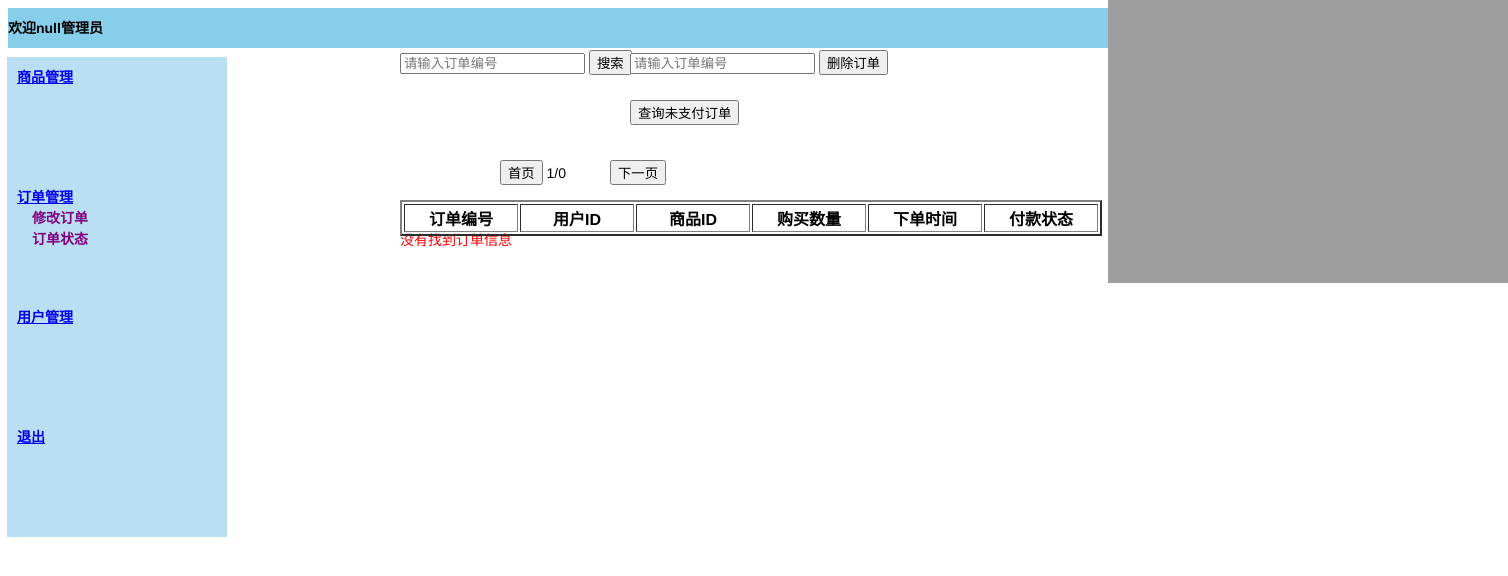
Repository: Gale-student/Gale-student.github.io
Page: http://localhost/weshop/OrdersPagingQueryServlet?url=WEB-INF/jsp/OrdersQuery.jsp
These files come from the project's save history. The page is drawn as it stood at one moment and after the next save; the edit follows.
The browser window is 1280 px wide. The page is 1508 px wide, so the pictures cover 1508 px, including what lies to the right of the window. The pictures show the whole page.
The page is served by Tomcat 9. Other server files are loaded and not shown. Queries for data that is not in the repository find no rows.

Above is the page before, as saved 2022-10-06 16:00:03.

### WeShop/weshop/WebRoot/WEB-INF/jsp/OrdersQuery.jsp
<%@ page language="java" import="java.util.*,com.company.entity.*" pageEncoding="utf-8"%>
<%
String path = request.getContextPath();
String basePath = request.getScheme()+"://"+request.getServerName()+":"+request.getServerPort()+path+"/";
%>

<!DOCTYPE HTML PUBLIC "-//W3C//DTD HTML 4.01 Transitional//EN">
<html>
  <head>
    <base href="<%=basePath%>">

    <title>My JSP 'OrdersQuery.jsp' starting page</title>

	<meta http-equiv="pragma" content="no-cache">
	<meta http-equiv="cache-control" content="no-cache">
	<meta http-equiv="expires" content="0">
	<meta http-equiv="keywords" content="keyword1,keyword2,keyword3">
	<meta http-equiv="description" content="This is my page">
	<!--
	<link rel="stylesheet" type="text/css" href="styles.css">
	-->
		<link rel="stylesheet" type="text/css" href="CSS/ManagerHomePage.css">
  <%
     String mname = (String)session.getAttribute("mname");
     String ordersDelRes = (String)request.getAttribute("ordersDelRes");
     if(ordersDelRes == null){
        ordersDelRes = "";
     }
     List<Orders> ordersList = (List<Orders>)request.getAttribute("ordersList");
     String msg = "";
     if(ordersList.size() == 0){
         msg = "没有找到订单信息";
         request.setAttribute("msg", msg);
     }
     String unpaidOrders = (String) request.getAttribute("unpaidOrders");
     if(unpaidOrders == null){
        unpaidOrders = "";
     }
     int ordersCurrentPage = (Integer) session.getAttribute("ordersCurrentPage");
      String up = "上一页";
      if(ordersCurrentPage == 1){
         up = "首页";
      }
      request.setAttribute("up", up);
      int ordersAllPage = (Integer) session.getAttribute("ordersAllPage");
      String down = "下一页";
      if(ordersCurrentPage == ordersAllPage){
          down = "尾页";
      }
      request.setAttribute("down", down);
   %>
   <style type="text/css">
   #tablehead{
          font-weight: bolder;
       }
       #up{
          position: absolute;
          left:500px;
          top: 160px;
       }
       #down{
          position: absolute;
          left:610px;
          top: 160px;
       }
       #head{
          width: 50px;
          height: 50px;
       }
       table{
          position: absolute;
          left: 400px;
          top: 200px;
          table-layout: fixed;
          text-align: center;
       }
       td{
          width: 110px;
       }
       th{
         width: 110px;
       }
       #search{
           position: absolute;
           left: 400px;
           top: 50px;
       }
       img:hover{
           transform: scale(2);
       }
  </style>
  </head>

  <body>
     <!-- 顶部栏 -->
    <div class="topBar">
        <div class="container">
            <div class="topBar_list">
                <b>欢迎<%=mname %>管理员</b>

            </div>
            <div class="login">
                <a href="UserLogin.jsp"></a>
                <img src="/limage/site_logo1.png" style="margin-top: -25px">
            </div>
        </div>
    </div>
    <!-- 侧部栏 -->
    <div class="sideBar">
        <ul id="shopManager">
            <li class="main_nav"><a href="ShopPagingQueryServlet?url=WEB-INF/jsp/ShopQuery.jsp" target="mainFrame">商品管理</a></li>
		    <li class="main_nav"><a href="OrdersPagingQueryServlet?url=WEB-INF/jsp/OrdersQuery.jsp">订单管理</a>
		        <ul>
		            <li><a href="#" target="mainFrame">修改订单</a></li>
		            <li><a href="#" target="mainFrame">订单状态</a></li>
		        </ul>
		    </li>
		    <li class="main_nav"><a href="PagingQueryServlet?url=WEB-INF/jsp/PagingQuery.jsp">用户管理</a></li>
			<li class="main_nav">
			    <a href="ManagerLogin.jsp"  target="_parent">退出</a>
			</li>
	    </ul>
    </div>
    <div>

    <label style="position: absolute;color: red; left: 400px; top: 230px;"><%=msg %></label>
    <form id="search" action="OrdersQueryByOidServlet" method="post">
	    <input type="text" placeholder="请输入订单编号" name="oid">
	    <input type="submit" value="搜索">
    </form>

    <form style="position: absolute; left: 630px; top: 50px;" action="CancelOrdersServlet" method="post">
	    <input type="text" placeholder="请输入订单编号" name="oid">
	    <input type="submit" value="删除订单">
	    <label style="color: red;"><%=ordersDelRes %></label>
    </form>

    <form style="position: absolute; left: 630px; top: 100px;" action="OrdersQueryUnpaidServlet" method="post">
	    <input type="submit" value="查询未支付订单">
	    <label style="color: red;"><%=unpaidOrders %></label>
    </form>
    <table border="2" cellspacing="2" >
       <tr id="tablehead">
          <th>订单编号</th>
          <th>用户ID</th>
          <th>商品ID</th>
          <th>购买数量</th>
          <th>下单时间</th>
          <th>付款状态</th>
       </tr>
       <% for( int i = 0; i < ordersList.size(); i ++){ %>
          <tr>
             <td><%=ordersList.get(i).getOid()%></td>
             <td><%=ordersList.get(i).getUid()%></td>
             <td><%=ordersList.get(i).getSid()%></td>
             <td><%=ordersList.get(i).getQuantity()%></td>
             <td><%=ordersList.get(i).getDate()%></td>
             <td><%=ordersList.get(i).getStatus()%></td>
          </tr>
       <% } %>
    </table>

     <form id="up" action="OrdersUpPageServlet" method="post">
       <input type="submit" value=<%=up %>>
       <label><%=ordersCurrentPage + "/" + ordersAllPage %></label>
    </form>
    <form id="down" action="OrdersDownPageServlet" method="post">
       <input type="submit" value=<%=down %>>
    </form>
    </div>
  </body>
</html>

### WeShop/weshop/src/com/company/controller/OrdersPagingQueryServlet.java
package com.company.controller;

import java.io.IOException;
import java.io.PrintWriter;
import java.util.List;

import javax.servlet.ServletException;
import javax.servlet.http.HttpServlet;
import javax.servlet.http.HttpServletRequest;
import javax.servlet.http.HttpServletResponse;
import javax.servlet.http.HttpSession;

import com.company.entity.Orders;
import com.company.entity.User;
import com.company.service.OrdersService;
import com.company.service.OrdersServiceImpl;
import com.company.service.UserService;
import com.company.service.UserServiceImpl;

public class OrdersPagingQueryServlet extends HttpServlet {

	/**
	 * The doGet method of the servlet. <br>
	 *
	 * This method is called when a form has its tag value method equals to get.
	 *
	 * @param request the request send by the client to the server
	 * @param response the response send by the server to the client
	 * @throws ServletException if an error occurred
	 * @throws IOException if an error occurred
	 */
	public void doGet(HttpServletRequest request, HttpServletResponse response)
			throws ServletException, IOException {

		doPost(request, response);
	}

	/**
	 * The doPost method of the servlet. <br>
	 * 땐데깊롸女
	 * This method is called when a form has its tag value method equals to post.
	 *
	 * @param request the request send by the client to the server
	 * @param response the response send by the server to the client
	 * @throws ServletException if an error occurred
	 * @throws IOException if an error occurred
	 */
	public void doPost(HttpServletRequest request, HttpServletResponse response)
			throws ServletException, IOException {
		try {
			OrdersService ordersService = new OrdersServiceImpl();
			List<Orders> ordersList = ordersService.ordersPagingQuery(0);
			int ordersAllRows = ordersService.OrdersAllRows();
			int ordersAllPage = ordersAllRows / 3;
			if(ordersAllRows % 3 != 0){
				ordersAllPage ++;
			}
			HttpSession hs = request.getSession();
			hs.setAttribute("ordersAllPage", ordersAllPage);
			hs.setAttribute("ordersCurrentPage", 1);
			request.setAttribute("ordersList", ordersList);

			String ordersDelRes = (String)request.getAttribute("ordersDelRes");
			request.setAttribute("ordersDelRes", ordersDelRes);
			request.getRequestDispatcher("WEB-INF/jsp/OrdersQuery.jsp").forward(request, response);


		} catch (Exception e) {
			// TODO Auto-generated catch block
			e.printStackTrace();
		}


	}

}

### WeShop/weshop/src/com/company/service/OrdersServiceImpl.java
package com.company.service;

import java.util.List;

import com.company.dao.OrdersDao;
import com.company.dao.OrdersDaoImpl;
import com.company.entity.Orders;
import com.company.entity.OrdersDetail;

public class OrdersServiceImpl implements OrdersService {
	private OrdersDao ordersDao = new OrdersDaoImpl();

    //获取订单表总行数
	public int OrdersAllRows() throws Exception {
		int ordersAllRows = ordersDao.OrdersAllRows();
		return ordersAllRows;
	}

    //添加订单(购买 下单 默认未支付状态)
	public void addOrders(String oid, String uid, String sid, String quantity)
			throws Exception {
		ordersDao.insertOrders(oid, uid, sid, quantity);
	}

    //取消订单
	public void cancelOrders(String oid) throws Exception {
		ordersDao.deleteOrders(oid);
	}

    //订单表分页
	public List<Orders> ordersPagingQuery(int page) throws Exception {
		List<Orders> ordersList = ordersDao.ordersPaging(page * 3, 3);
		return ordersList;
	}

    //根据订单编号查订单
	public List<Orders> queryOrdersByOid(String oid) throws Exception {
		List<Orders> ordersList = ordersDao.selectOrdersByOid(oid);
		return ordersList;
	}

    //查看未支付订单
	public List<Orders> queryOrdersByStatusUnpaid() throws Exception {
		List<Orders> ordersList = ordersDao.selectOrdersByStatusUnpaid();
		return ordersList;
	}

	//通过用户ID查订单
	public List<Orders> queryOrdersByUid(String uid) throws Exception {
		List<Orders> ordersList = ordersDao.selectOrdersByUid(uid);
		return ordersList;
	}

	//修改商品数量
	public void modifyQuantity(String sid, String quantity) throws Exception {
		ordersDao.updateQuantity(sid, quantity);
	}

	//查找所有订单
	public List<Orders> queryAllOrders() throws Exception {
		List<Orders> ordersList = ordersDao.selectAllOrders();
		return ordersList;
	}

	//查看用户所有订单详情
	public List<OrdersDetail> selectOrdersDetail(String uid, int page) throws Exception {
		List<OrdersDetail> ordersDetailList = ordersDao.selectOrdersDetail(uid, page * 3, 3);
		return ordersDetailList;
	}

	//获取用户订单表总行数
	public int OrdersDetailAllRows(String uid) throws Exception {
		int ordersDetailAllRows = ordersDao.OrdersDetailAllRows(uid);
		return ordersDetailAllRows;
	}

	//获取用户未支付订单总行数
	public int OrdersDetailUnpaidAllRows(String uid) throws Exception {
		int ordersDetailUnpaidAllRows = ordersDao.OrdersDetailUnpaidAllRows(uid);
		return ordersDetailUnpaidAllRows;
	}

	//查看用户未支付订单详情
	public List<OrdersDetail> queryOrdersDetailUnpaid(String uid, int page) throws Exception {
		List<OrdersDetail> ordersDetaiUnpaidlList = ordersDao.selectOrdersDetailUnpaid(uid, page * 3, 3);
		return ordersDetaiUnpaidlList;
	}

	//
	public String queryTotalPriceOfUserUnpaidOrders(String uid)
			throws Exception {
		String totalPrice = ordersDao.selectTotalPriceOfUserUnpaidOrders(uid);
		return totalPrice;
	}

	public String queryOneOrdersTotalPrice(String uid, String oid)
			throws Exception {
		String totalPrice = ordersDao.selectOneOrdersTotalPrice(uid, oid);
		return totalPrice;
	}

	public void modifyOrdersStatus(String oid) throws Exception {
		ordersDao.updateOrdersStatus(oid);

	}

	public List<OrdersDetail> queryPaidOrdersDetail(String uid, int page)
			throws Exception {
		List<OrdersDetail> ordersDetaiPaidlList = ordersDao.selectPaidOrdersDetail(uid, page * 3, 3);
		return ordersDetaiPaidlList;
	}

	public int queryPaidOrdersRows(String uid) throws Exception {
		int rows = ordersDao.selectPaidOrdersRows(uid);
		return rows;
	}


}

### WeShop/weshop/src/com/company/dao/OrdersDao.java
package com.company.dao;

import java.util.List;

import com.company.entity.Orders;
import com.company.entity.OrdersDetail;

public interface OrdersDao {
	//删除订单(取消订单)
	public void deleteOrders(String oid) throws Exception;
	//订单表分页
	public List<Orders> ordersPaging(int offset, int count) throws Exception;
	//获取订单表总行数
	public int OrdersAllRows() throws Exception;
	//根据订单号查找订单
	public List<Orders> selectOrdersByOid(String oid) throws Exception;
	//查看未支付订单
	public List<Orders> selectOrdersByStatusUnpaid() throws Exception;
	//用户下单(添加订单)
	public void insertOrders(String oid, String uid, String sid, String quantity) throws Exception;
	//根据用户ID查订单
	public List<Orders> selectOrdersByUid(String uid) throws Exception;
	//更新订单中商品数量
	public void updateQuantity(String sid, String quantity) throws Exception;
	//查寻所有订单
	public List<Orders> selectAllOrders() throws Exception;
	//订单详情表分页(用户)
	public List<OrdersDetail> selectOrdersDetail(String uid, int offset, int count) throws Exception;
	//获取用户订单表总行数
	public int OrdersDetailAllRows(String uid) throws Exception;
	//用户未支付订单分页查询
	public List<OrdersDetail> selectOrdersDetailUnpaid(String uid, int offset, int count) throws Exception;
	//获取用户未支付订单表总行数
	public int OrdersDetailUnpaidAllRows(String uid) throws Exception;
	//获取所有未支付订单的总价
	public String selectTotalPriceOfUserUnpaidOrders(String uid) throws Exception;
	//获取单个订单的总价
	public String selectOneOrdersTotalPrice(String uid, String oid) throws Exception;
	//修改订单状态
	public void updateOrdersStatus(String oid) throws Exception;
	//查看用户已支付订单
	public List<OrdersDetail> selectPaidOrdersDetail(String uid, int offset, int count) throws Exception;
	//获取用户已支付订单的总行数
	public int selectPaidOrdersRows(String uid) throws Exception;
}

### WeShop/weshop/WebRoot/CSS/ManagerHomePage.css
@CHARSET "UTF-8";
/*顶部样式start*/
body{
    font: 14px/1.5 "Helvetica Neue",Helvetica Neue;  /*黑体*/
    color: black;
}
.topBar{
    width:100%;
    height: 40px;
    background-color: skyblue;
}
.container{
    width: 1500px;
    height: 100%;
    margin: 0 auto;
}
.topBar .topBar_list{
    float:left;
    text-align: center;
    line-height: 40px;
}
.topBar .shop{
    float:right;
    margin-left: 15px;
    width: 120px;
    height: 40px;
    line-height: 40px;
    text-align: center;
    background-color: lightblue;
    opacity: 0.88;
}
.topBar .login{
    float:right;
}
.topBar a{
	text-decoration:none;
    color: black;
    font-size: 12px;
    display: inline-block;
    line-height: 40px;
}
.topBar .shop a{
    width: 120px;
    height: 40px;
    display: inline-block;
}
.topBar a:hover{
   color: white;
}
.topBar span{
	color: Arsenic; /*银灰色*/
    margin: 0.5em;
}
/*顶部样式end*/
/*侧边栏样式start*/
.main_nav{
	margin-left: -43px;
    display:block;
    width:200px;
    height:100px;
    padding:10px;
    font-weight:bold;
    background-color:#BADFF2;
}
li{list-style:none;}
#shopManager {
    position:absolute;
    top:3px;
    left:2px;
}
/*导航中每个子菜单的样式*/
.sideBar{
    position: absolute;
    top: 40px;
}
#shopManager ul li a{
    margin-left: -25px;
    display:block;
    width:140px;
    color:purple;
    font-weight:bold;
    text-decoration:none;
}
#shopManager li ul li a:hover{
    background:white;<!--鼠标经过的颜色-->
}
/*侧边栏样式end*/

Loaded but not shown: WeShop/weshop/src/com/company/dao/OrdersDaoImpl.java (399 lines, source omitted)

After the next save:
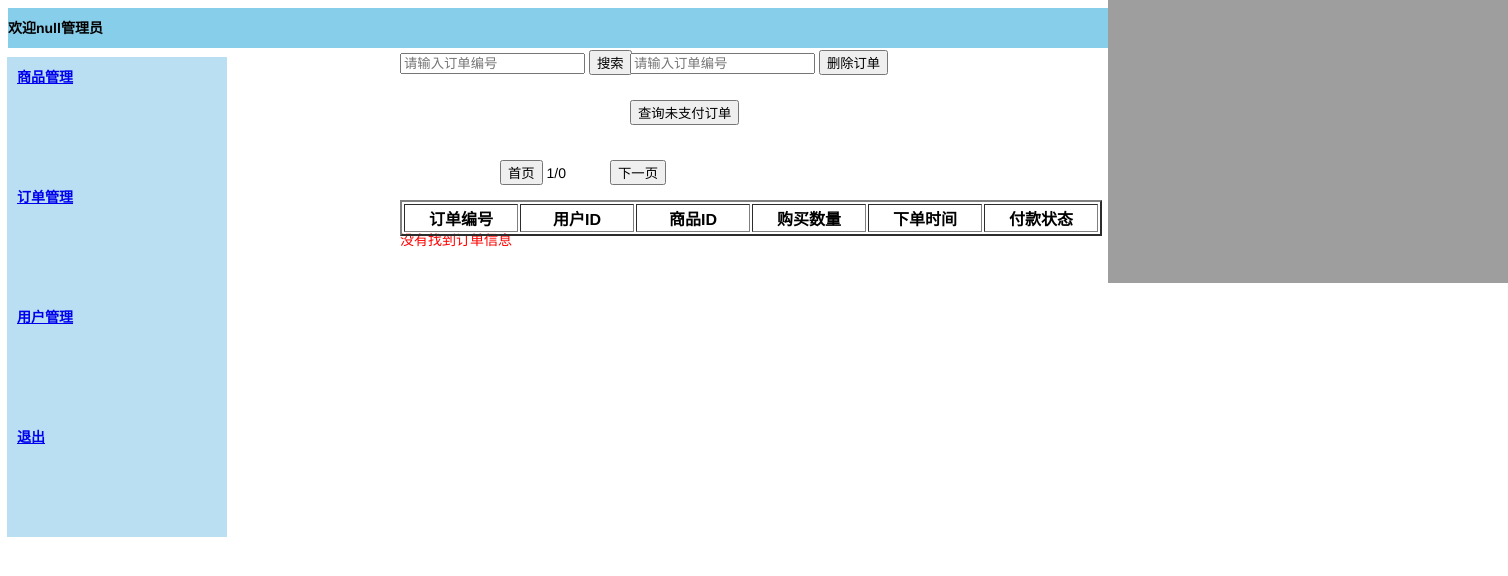
Saved 8 min 59 s later.
--- a/WeShop/weshop/WebRoot/WEB-INF/jsp/OrdersQuery.jsp
+++ b/WeShop/weshop/WebRoot/WEB-INF/jsp/OrdersQuery.jsp
@@ -109,12 +109,7 @@ String basePath = request.getScheme()+"://"+request.getServerName()+":"+request.
     <div class="sideBar">
         <ul id="shopManager">
             <li class="main_nav"><a href="ShopPagingQueryServlet?url=WEB-INF/jsp/ShopQuery.jsp" target="mainFrame">商品管理</a></li>
-		    <li class="main_nav"><a href="OrdersPagingQueryServlet?url=WEB-INF/jsp/OrdersQuery.jsp">订单管理</a>
-		        <ul>
-		            <li><a href="#" target="mainFrame">修改订单</a></li>
-		            <li><a href="#" target="mainFrame">订单状态</a></li>
-		        </ul>
-		    </li>
+		    <li class="main_nav"><a href="OrdersPagingQueryServlet?url=WEB-INF/jsp/OrdersQuery.jsp">订单管理</a></li>
 		    <li class="main_nav"><a href="PagingQueryServlet?url=WEB-INF/jsp/PagingQuery.jsp">用户管理</a></li>
 			<li class="main_nav">
 			    <a href="ManagerLogin.jsp"  target="_parent">退出</a>
